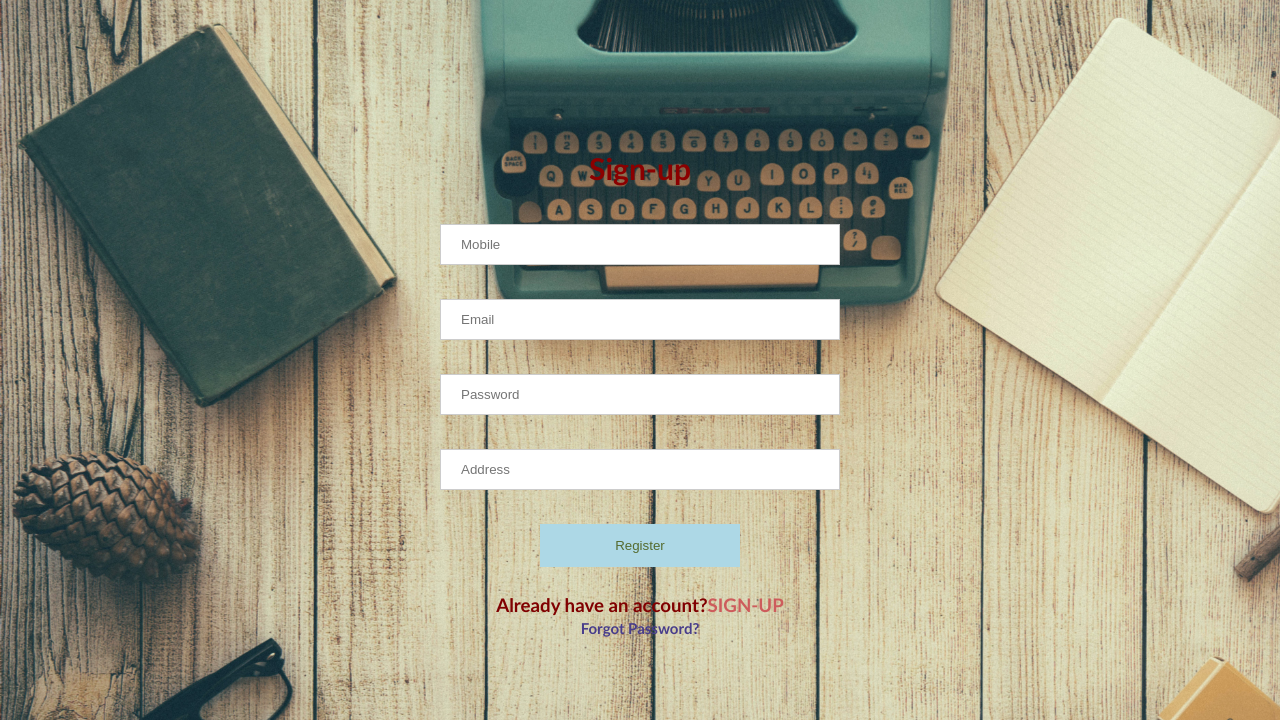
Repository: NAYAN9534/vehicle-booking-system
Page: http://localhost/minor/userlogin.jsp
An editor plug-in stored every save of this project. The page is shown before and after the next save, followed by the edit.
The browser window is 1280 px wide. The pictures show the whole page.
The page is served by Tomcat 9.

Above is the page before, as saved 2017-05-25 07:33:14.

### minor/WebContent/userlogin.jsp
<!doctype html>
<!DOCTYPE html>
<html>
<head>
	<title>Sign-up</title>
	<link rel="icon"type="image" href="Logo.jpg"/>   <!--fav icon tag-->
</head>
<style type="text/css">

.regbtn
{
  padding: 14px 20px;
  background-color: lightblue;

}
button .regbtn: hover
{
	box-shadow: 10px 10px 5px #;
}
button
{

    color:  #556B2F;
    padding: 14px 20px;
    margin: 8px 0;
    border: none;
    cursor: pointer;
    width:200px;
    transition-duration: 0.4s;
}
input[type=text], input[type=text]
{
    width: 400px;
    padding: 12px 20px;
    margin: 8px 0;
    display: inline-block;
    border: 1px solid #ccc;
    box-sizing: border-box;
}
#signup p
{
font-family: calibri;
font-size: 30px;
color:  #8B0000;
}
body {
    background-image: url("68516858-notepad-wallpapers.jpeg");
    background-size: 1366px auto;
}
#signup
{
    margin-top: 150px;
}

#signup a
{
    text-decoration: none;
    color:      #CD5C5C;
}
#signup .forgot
{
    color:  #483D8B;
    font-size: 15px;
}
</style>
<body>


<div id="signup">
<center>
<p><b>Sign-up</b></p>

<form id="frm_Newjoin" method="post" action="">
	<input type="text" name="mob" id="username" placeholder="Mobile"/><br><br>
	<input type="text" name="email_Id" id="email" placeholder="Email"/><br><br>
    <input type="text" name="txt_name" id="pswd" placeholder="Password"/><br><br>
    <input type="text" name=address" id="cn_pswd" placeholder="Address"/><br><br>



	<button type="button" onclick="document.getElementById('id01').style.display='none'" class="regbtn">Register</button>

</form>

<h3 style="color:maroon; font-family:calibri;">Already have an account?<a href="signup.html"><span>SIGN-UP</span></a</h3>
 <br><a class="forgot" href=""><b>Forgot Password?</b></a>
</center>

</div>







</body>
</html>

After the next save:
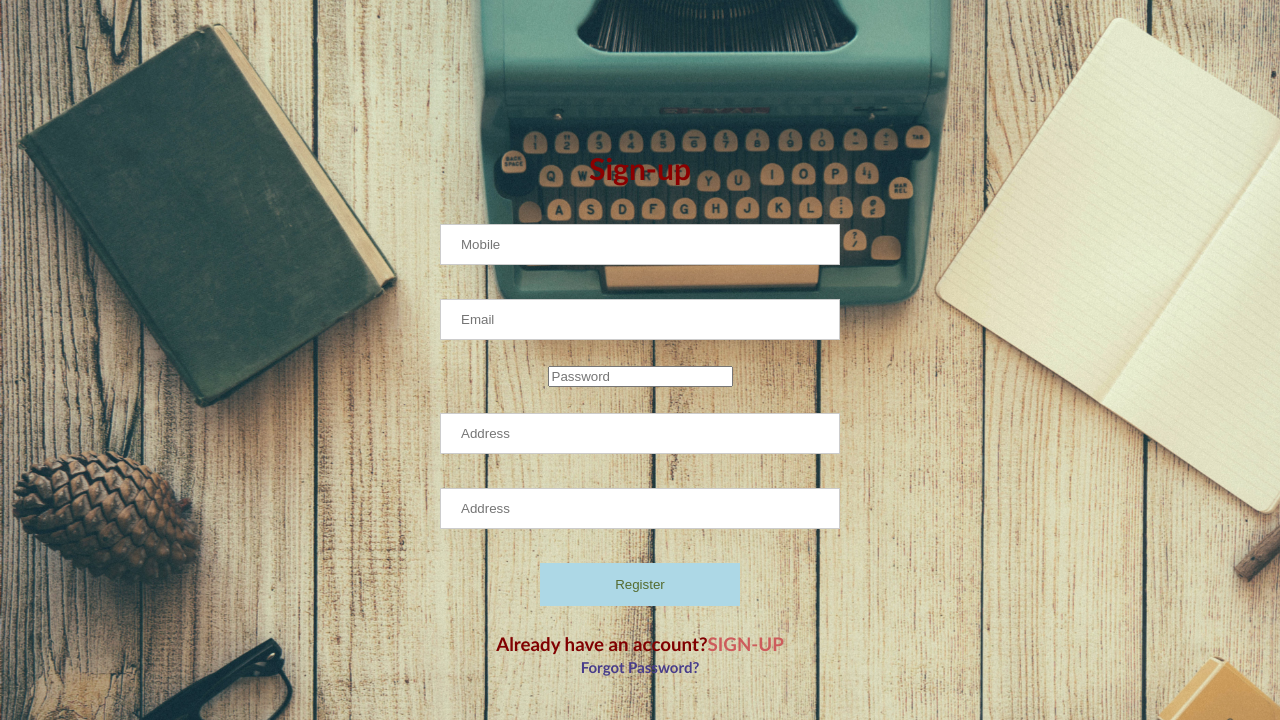
Saved 30 s later.
--- a/minor/WebContent/userlogin.jsp
+++ b/minor/WebContent/userlogin.jsp
@@ -73,8 +73,9 @@ body {
 <form id="frm_Newjoin" method="post" action="">
 	<input type="text" name="mob" id="username" placeholder="Mobile"/><br><br>
 	<input type="text" name="email_Id" id="email" placeholder="Email"/><br><br>
-    <input type="text" name="txt_name" id="pswd" placeholder="Password"/><br><br>
-    <input type="text" name=address" id="cn_pswd" placeholder="Address"/><br><br>
+    <input type="password" name="txt_name" id="pswd" placeholder="Password"/><br><br>
+    <input type="text" name="address" id="cn_pswd" placeholder="Address"/><br><br>
+    <input type="text" name="address" id="cn_pswd" placeholder="Address"/><br><br>
 
 
 
